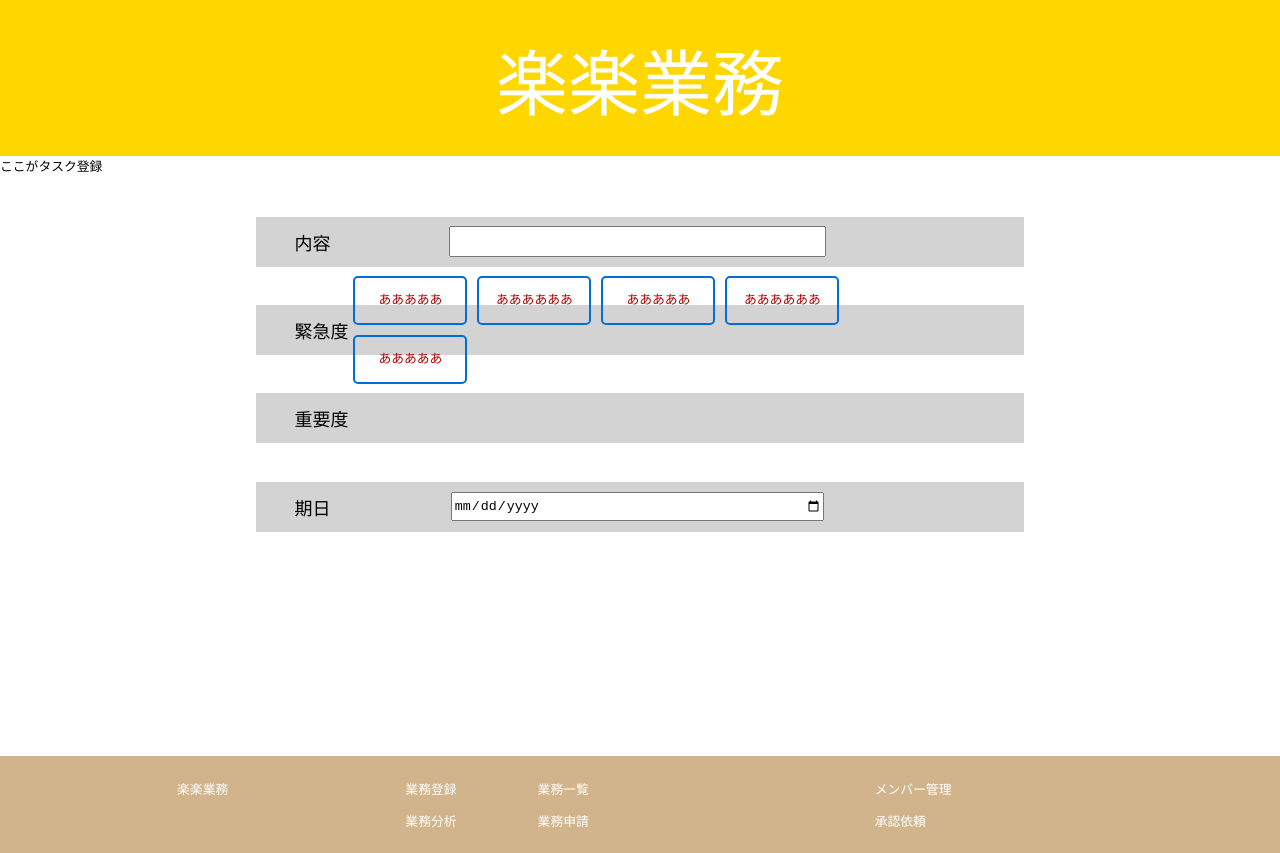
Repository: Reiya-1003/VueReplaceTask
Page: /#/register
These files come from the project's save history. The page is drawn as it stood at one moment and after the next save; the edit follows.
The browser window is 1280 px wide. The pictures show the whole page.
The first `input[type="radio"]` is checked.
The project was rebuilt for these pictures with package versions that can differ from the ones it lists, and the page was loaded fresh each time. Also part of the build but not shown: vue.config.js, src/components/pages/PageHome.vue.

Above is the page before, as saved 2022-06-16 16:10:02.

After the next save:
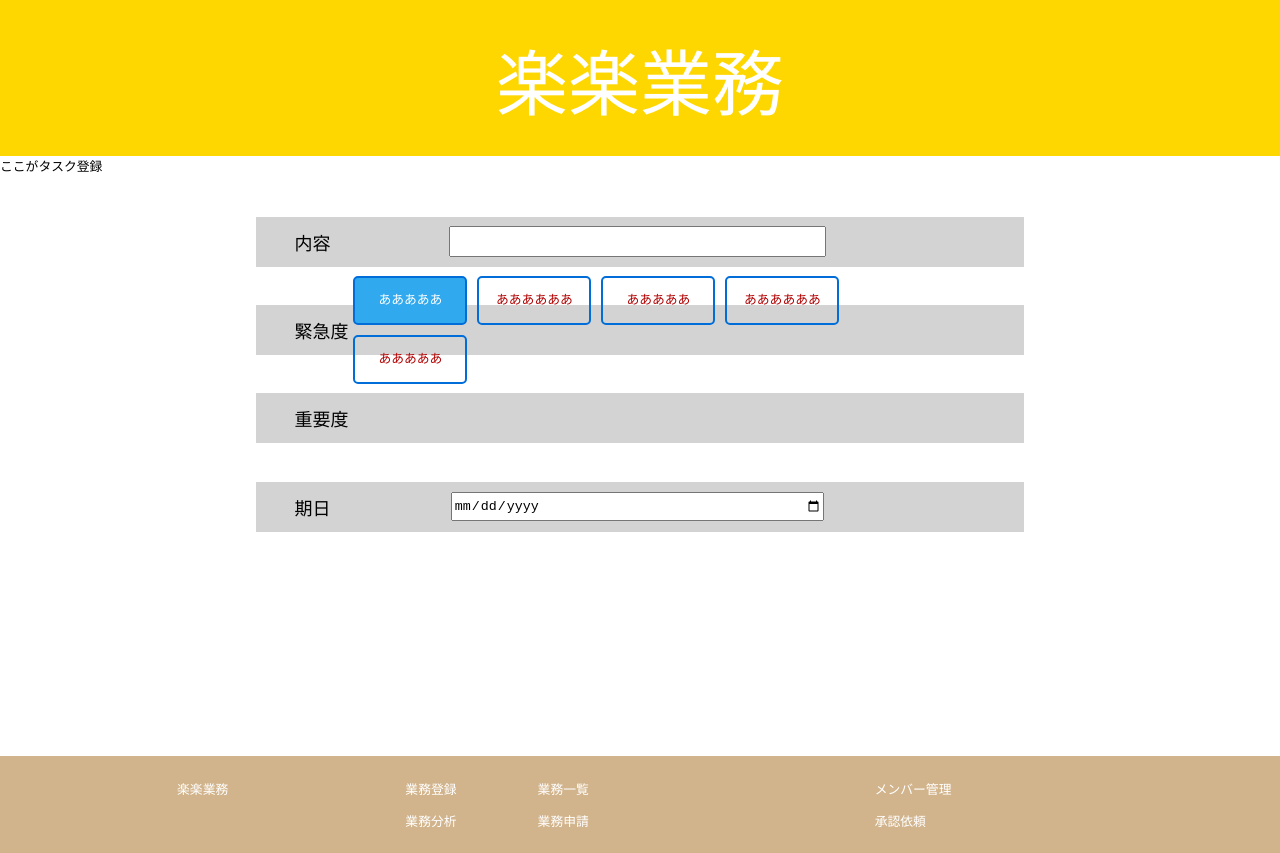
Saved 19 s later.
--- a/src/components/pages/PageRegister.vue
+++ b/src/components/pages/PageRegister.vue
@@ -86,6 +86,10 @@ export default {
 display: none; /* ラジオボタンを非表示にする */
 
 }
+input[type="radio"]:checked + label {
+background: #31A9EE;/* マウス選択時の背景色を指定する */
+color: #ffffff; /* マウス選択時のフォント色を指定する */
+}
 label {
 display: block; /* ブロックレベル要素化する */
 float: left; /* 要素の左寄せ・回り込を指定する */
